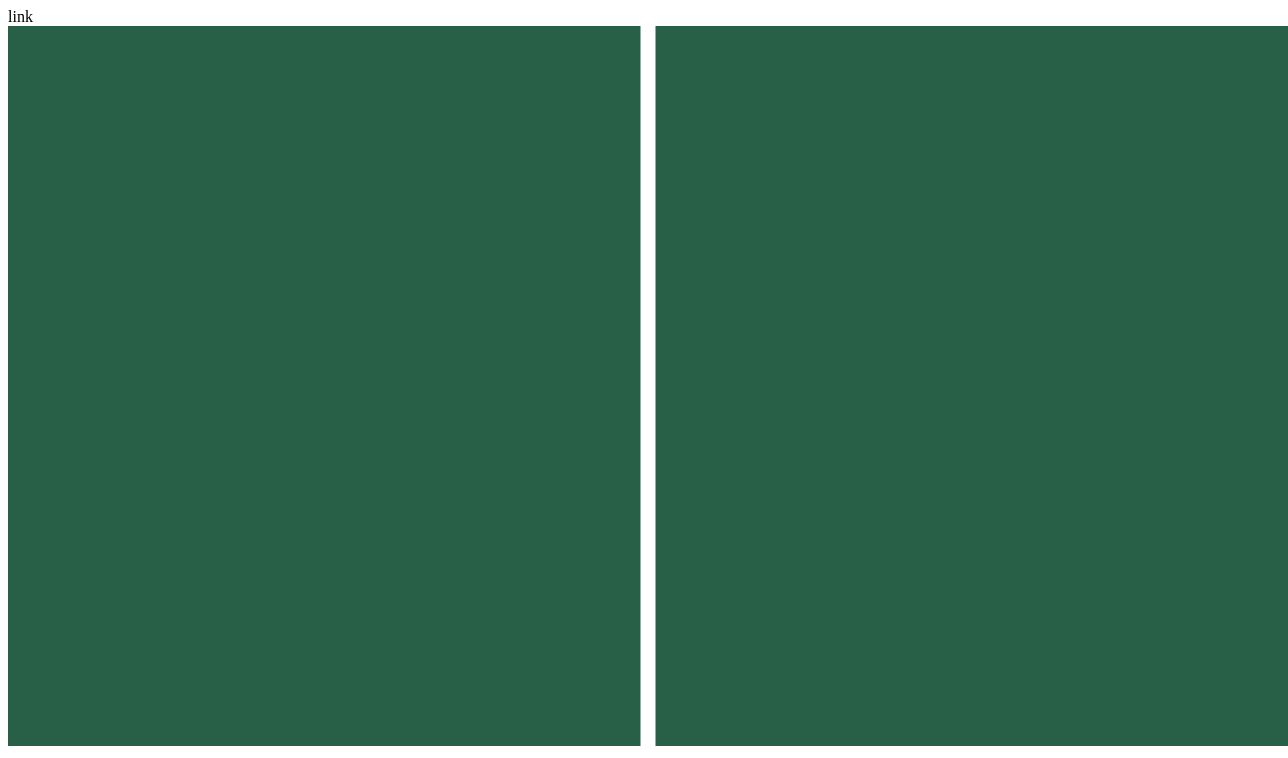
Repository: AkirahCarvalho/ping_pong
Page: index.html
An editor plug-in stored every save of this project. The page is shown before and after the next save, followed by the edit.
The browser window is 1280 px wide. The page is 1288 px wide, so the pictures cover 1288 px, including what lies to the right of the window. The pictures show the whole page.

Above is the page before, as saved 2024-03-26 15:49:30.

### index.html
<!DOCTYPE html>
<html lang="en">
<head>
    <meta charset="UTF-8">
    <meta name="viewport" content="width=device-width, initial-scale=1.0">
    <title>PING PONG</title>
    <link rel="icon" href="imagem/pinpong.png">
    link
</head>
<body>
    <canvas>

    </canvas>
    <script>
        const canvasEl = document.querySelector("canvas"),
         canvasCtx = canvasEl.getContext("2d")

         const lineWidth=15

        function setup(){ //roda o elemento
            canvasEl.width = canvasCtx.width = window.innerWidth
            canvasEl.height = canvasCtx.height = window.innerHeight
        }

        function draw(){
            canvasCtx.fillStyle="#286047"
            canvasCtx.fillRect(0,0, window.innerWidth, window.innerHeight)

            canvasCtx.fillStyle="#ffffff"

            const x=window.innerWidth / 2 - lineWidth / 2
            const y=0
            const w=lineWidth
            const h=window.innerHeight

            canvasCtx.fillRect(x, y, w, h)
        }

        setup()
        draw()
    </script>
</body>
</html>

After the next save:
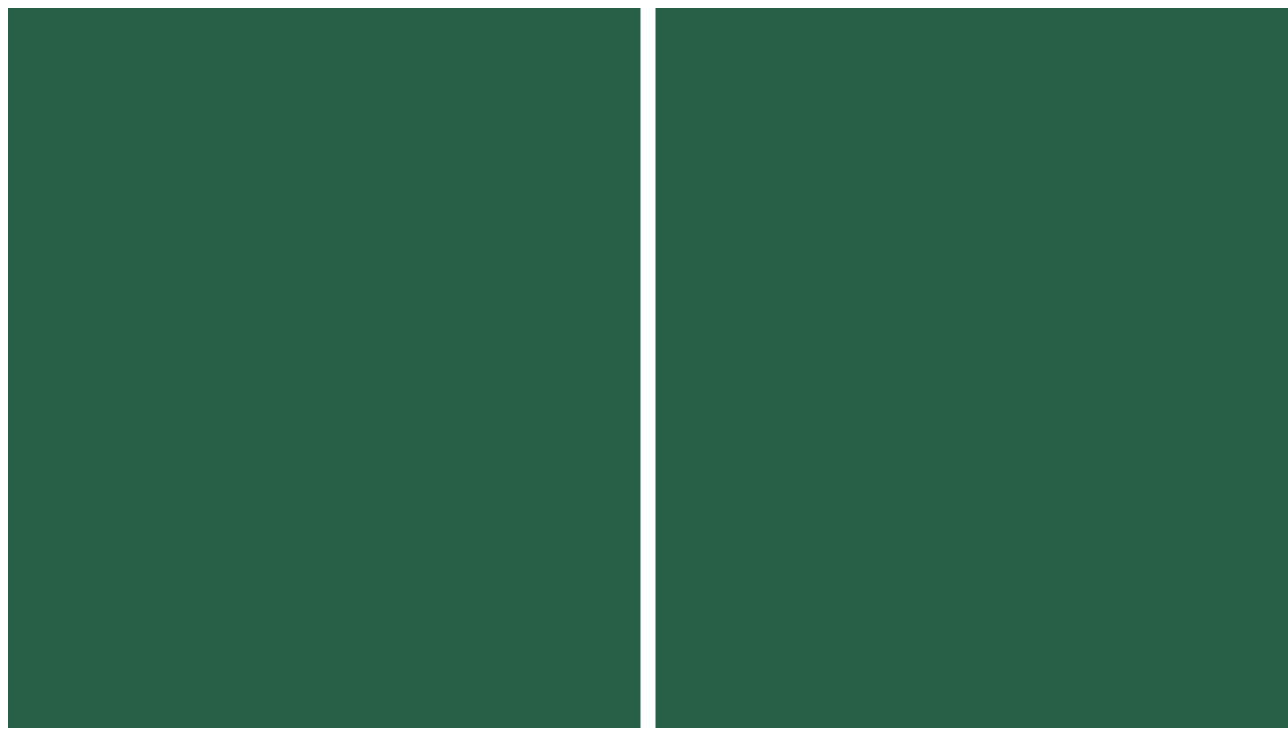
Saved 5 s later.
--- a/index.html
+++ b/index.html
@@ -5,7 +5,7 @@
     <meta name="viewport" content="width=device-width, initial-scale=1.0">
     <title>PING PONG</title>
     <link rel="icon" href="imagem/pinpong.png">
-    link
+    <link rel="stylesheet" href="">
 </head>
 <body>
     <canvas>

After the 3 saves that followed:
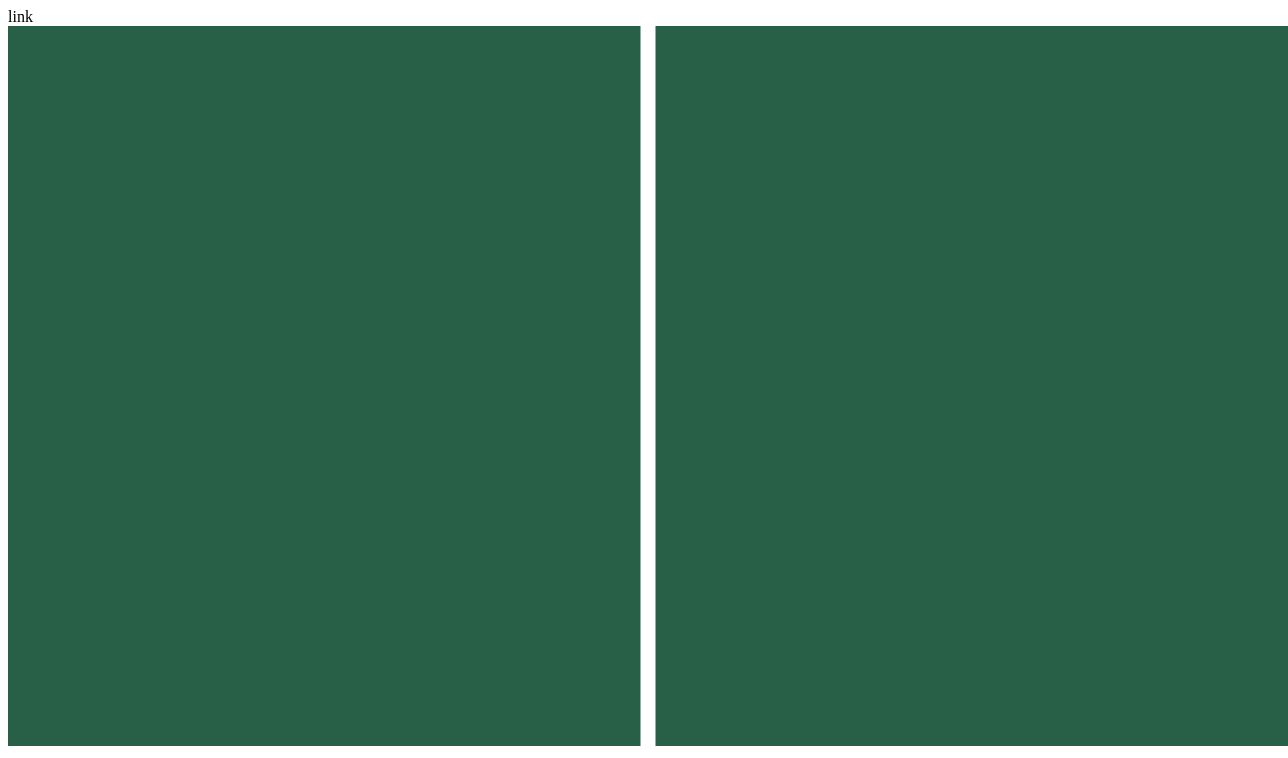
The 3 saves are shown as one change because 1 left the picture as it was and some came seconds apart.
The last was saved 15 s later.
--- a/index.html
+++ b/index.html
@@ -5,7 +5,7 @@
     <meta name="viewport" content="width=device-width, initial-scale=1.0">
     <title>PING PONG</title>
     <link rel="icon" href="imagem/pinpong.png">
-    <link rel="stylesheet" href="">
+    link
 </head>
 <body>
     <canvas>
